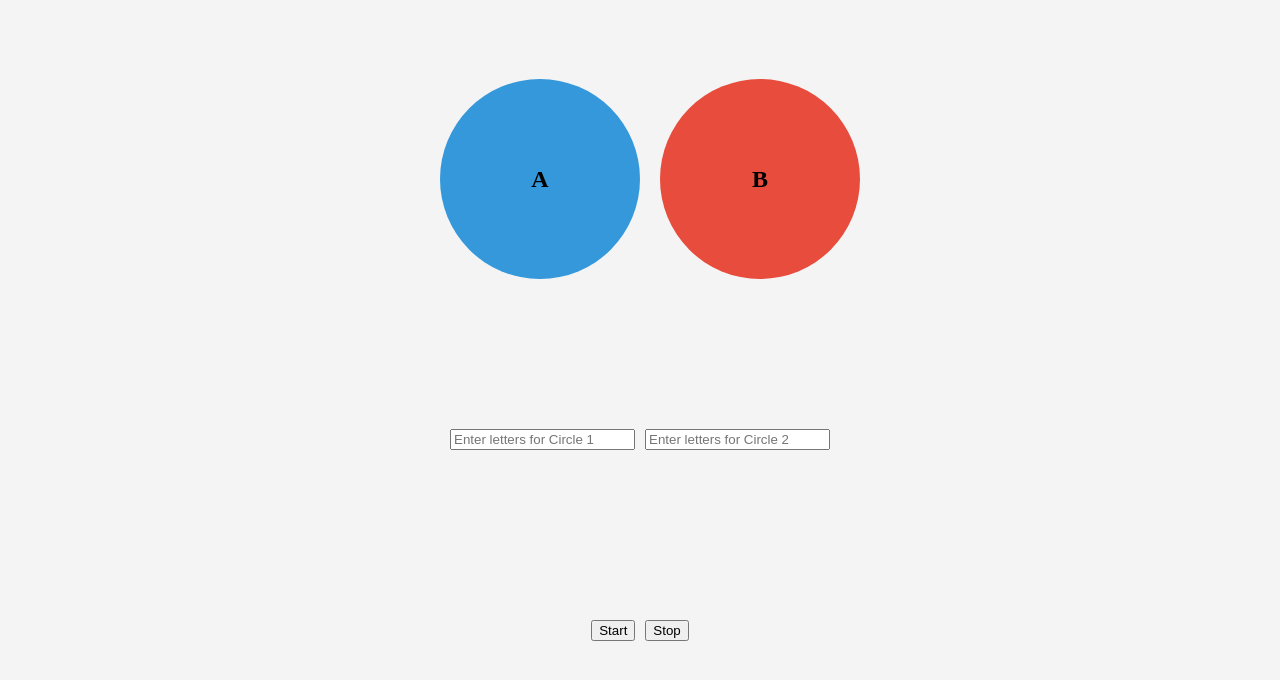
Repository: boshi-an/Isorhythm
Page: .vscode/Isorhythm/index.html
These files come from the project's save history. The page is drawn as it stood at one moment and after the next save; the edit follows.
The browser window is 1280 px wide. The pictures show the whole page.

Above is the page before, as saved 2023-10-18 18:25:43.

After the next save:
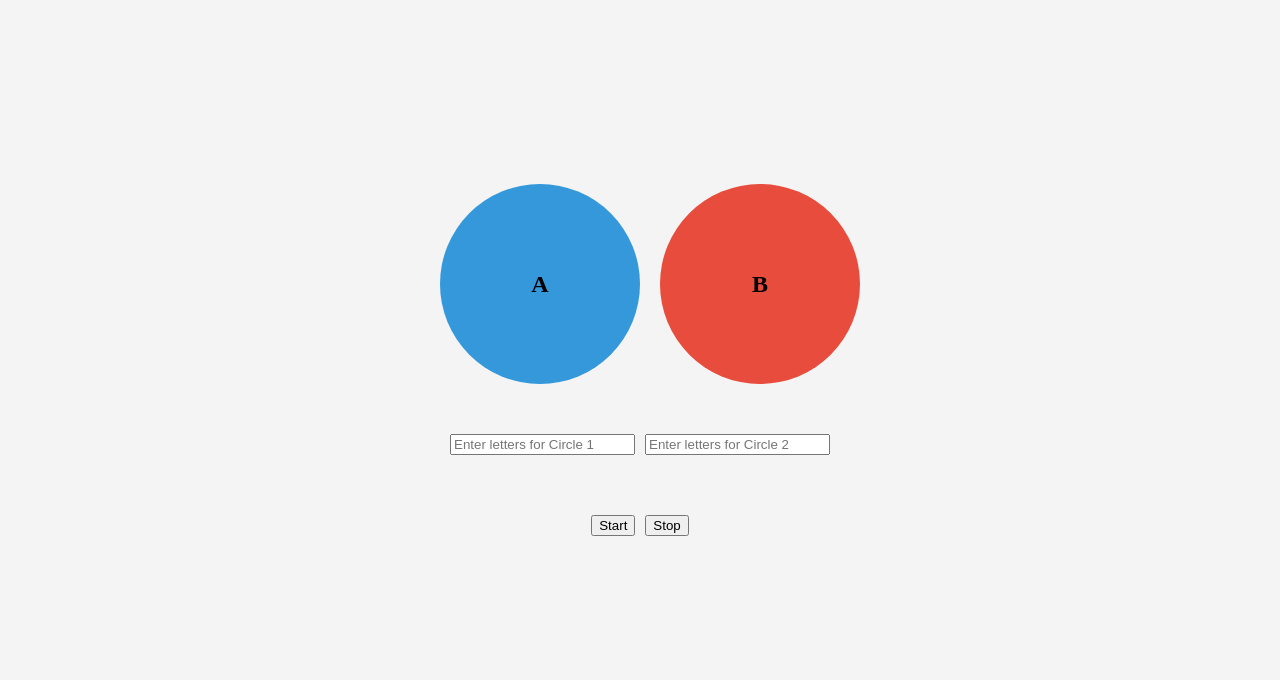
Saved 2 min 48 s later.
--- a/.vscode/Isorhythm/styles.css
+++ b/.vscode/Isorhythm/styles.css
@@ -10,7 +10,7 @@ body {
     background-color: #f4f4f4;
     overflow: hidden;
     margin: 0;
-    gap: 150px;
+    gap: 50px;
     /* Space between the circle container and the button container */
 }
 
@@ -24,7 +24,7 @@ body {
 .inputContainer {
     display: flex;
     gap: 10px;
-    margin-bottom: 20px;
+    margin-bottom: 10px;
 }
 
 .circle {
